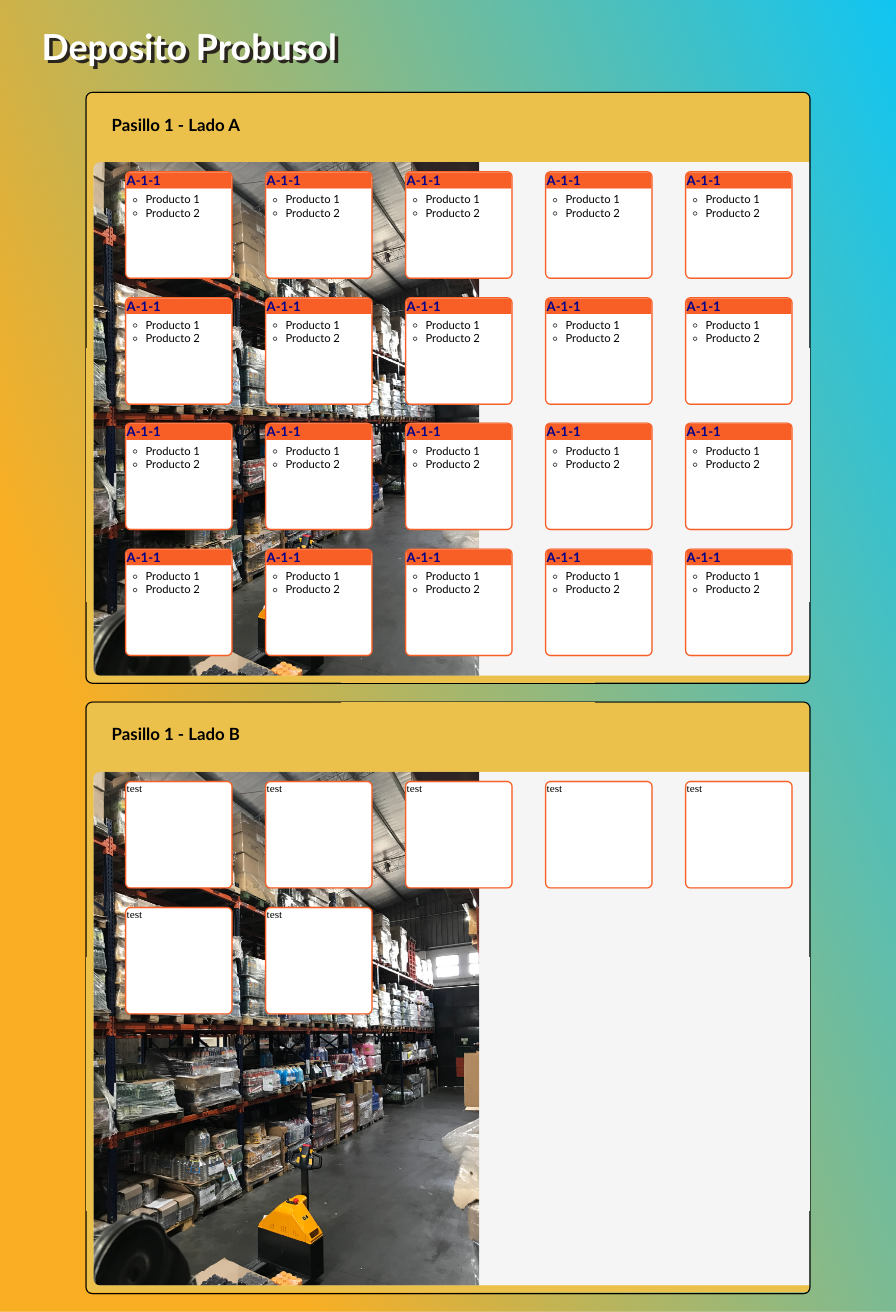
Repository: Franzcod/DepoStock_Web
Page: index.html
These files come from the project's save history. The page is drawn as it stood at one moment and after the next save; the edit follows.
The browser window is 1280 px wide. The pictures show the whole page, at 70% of full size.

Above is the page before, as saved 2020-06-07 22:57:46.
Console error: ReferenceError: ur is not defined

### index.html
<!DOCTYPE html>
<html lang="en">
<head>
    <meta charset="UTF-8">
    <meta name="viewport" content="width=device-width, initial-scale=1.0">
    <title>Deposito Probusol</title>

    <link rel="stylesheet" href="estilo/estilo.css">
</head>
<body>

    <div class="titulo">
        <h1>Deposito Probusol</h1>
    </div>


    <div class="app">
        <h2>Pasillo 1 - Lado A</h2>

        <ul class="hs">

            <li class="item">

                <h3 class="pos">A-1-1</h3>
                <ul class="listaProduc">
                    <li class="producto"> Producto 1</li>
                    <li class="producto"> Producto 2</li>
                </ul>
            </li>

            <li class="item">

                <h3 class="pos">A-1-1</h3>
                <ul class="listaProduc">
                    <li class="producto"> Producto 1</li>
                    <li class="producto"> Producto 2</li>
                </ul>
            </li>
            <li class="item">

                <h3 class="pos">A-1-1</h3>
                <ul class="listaProduc">
                    <li class="producto"> Producto 1</li>
                    <li class="producto"> Producto 2</li>
                </ul>
            </li>
            <li class="item">

                <h3 class="pos">A-1-1</h3>
                <ul class="listaProduc">
                    <li class="producto"> Producto 1</li>
                    <li class="producto"> Producto 2</li>
                </ul>
            </li>
            <li class="item">

                <h3 class="pos">A-1-1</h3>
                <ul class="listaProduc">
                    <li class="producto"> Producto 1</li>
                    <li class="producto"> Producto 2</li>
                </ul>
            </li>
            <li class="item">

                <h3 class="pos">A-1-1</h3>
                <ul class="listaProduc">
                    <li class="producto"> Producto 1</li>
                    <li class="producto"> Producto 2</li>
                </ul>
            </li>
            <li class="item">

                <h3 class="pos">A-1-1</h3>
                <ul class="listaProduc">
                    <li class="producto"> Producto 1</li>
                    <li class="producto"> Producto 2</li>
                </ul>
            </li>
            <li class="item">

                <h3 class="pos">A-1-1</h3>
                <ul class="listaProduc">
                    <li class="producto"> Producto 1</li>
                    <li class="producto"> Producto 2</li>
                </ul>
            </li>
            <li class="item">

                <h3 class="pos">A-1-1</h3>
                <ul class="listaProduc">
                    <li class="producto"> Producto 1</li>
                    <li class="producto"> Producto 2</li>
                </ul>
            </li>
            <li class="item">

                <h3 class="pos">A-1-1</h3>
                <ul class="listaProduc">
                    <li class="producto"> Producto 1</li>
                    <li class="producto"> Producto 2</li>
                </ul>
            </li>
            <li class="item">

                <h3 class="pos">A-1-1</h3>
                <ul class="listaProduc">
                    <li class="producto"> Producto 1</li>
                    <li class="producto"> Producto 2</li>
                </ul>
            </li>
            <li class="item">

                <h3 class="pos">A-1-1</h3>
                <ul class="listaProduc">
                    <li class="producto"> Producto 1</li>
                    <li class="producto"> Producto 2</li>
                </ul>
            </li>
            <li class="item">

                <h3 class="pos">A-1-1</h3>
                <ul class="listaProduc">
                    <li class="producto"> Producto 1</li>
                    <li class="producto"> Producto 2</li>
                </ul>
            </li>
            <li class="item">

                <h3 class="pos">A-1-1</h3>
                <ul class="listaProduc">
                    <li class="producto"> Producto 1</li>
                    <li class="producto"> Producto 2</li>
                </ul>
            </li>
            <li class="item">

                <h3 class="pos">A-1-1</h3>
                <ul class="listaProduc">
                    <li class="producto"> Producto 1</li>
                    <li class="producto"> Producto 2</li>
                </ul>
            </li>
            <li class="item">

                <h3 class="pos">A-1-1</h3>
                <ul class="listaProduc">
                    <li class="producto"> Producto 1</li>
                    <li class="producto"> Producto 2</li>
                </ul>
            </li>
            <li class="item">

                <h3 class="pos">A-1-1</h3>
                <ul class="listaProduc">
                    <li class="producto"> Producto 1</li>
                    <li class="producto"> Producto 2</li>
                </ul>
            </li>
            <li class="item">

                <h3 class="pos">A-1-1</h3>
                <ul class="listaProduc">
                    <li class="producto"> Producto 1</li>
                    <li class="producto"> Producto 2</li>
                </ul>
            </li>
            <li class="item">

                <h3 class="pos">A-1-1</h3>
                <ul class="listaProduc">
                    <li class="producto"> Producto 1</li>
                    <li class="producto"> Producto 2</li>
                </ul>
            </li>
            <li class="item">

                <h3 class="pos">A-1-1</h3>
                <ul class="listaProduc">
                    <li class="producto"> Producto 1</li>
                    <li class="producto"> Producto 2</li>
                </ul>
            </li>
            <li class="item">

                <h3 class="pos">A-1-1</h3>
                <ul class="listaProduc">
                    <li class="producto"> Producto 1</li>
                    <li class="producto"> Producto 2</li>
                </ul>
            </li>
            <li class="item">

                <h3 class="pos">A-1-1</h3>
                <ul class="listaProduc">
                    <li class="producto"> Producto 1</li>
                    <li class="producto"> Producto 2</li>
                </ul>
            </li>
            <li class="item">

                <h3 class="pos">A-1-1</h3>
                <ul class="listaProduc">
                    <li class="producto"> Producto 1</li>
                    <li class="producto"> Producto 2</li>
                </ul>
            </li>
            <li class="item">

                <h3 class="pos">A-1-1</h3>
                <ul class="listaProduc">
                    <li class="producto"> Producto 1</li>
                    <li class="producto"> Producto 2</li>
                </ul>
            </li>
            <li class="item">

                <h3 class="pos">A-1-1</h3>
                <ul class="listaProduc">
                    <li class="producto"> Producto 1</li>
                    <li class="producto"> Producto 2</li>
                </ul>
            </li>
            <li class="item">

                <h3 class="pos">A-1-1</h3>
                <ul class="listaProduc">
                    <li class="producto"> Producto 1</li>
                    <li class="producto"> Producto 2</li>
                </ul>
            </li>
            <li class="item">

                <h3 class="pos">A-1-1</h3>
                <ul class="listaProduc">
                    <li class="producto"> Producto 1</li>
                    <li class="producto"> Producto 2</li>
                </ul>
            </li>
            <li class="item">

                <h3 class="pos">A-1-1</h3>
                <ul class="listaProduc">
                    <li class="producto"> Producto 1</li>
                    <li class="producto"> Producto 2</li>
                </ul>
            </li>
            <li class="item">

                <h3 class="pos">A-1-1</h3>
                <ul class="listaProduc">
                    <li class="producto"> Producto 1</li>
                    <li class="producto"> Producto 2</li>
                </ul>
            </li>
            <li class="item">

                <h3 class="pos">A-1-1</h3>
                <ul class="listaProduc">
                    <li class="producto"> Producto 1</li>
                    <li class="producto"> Producto 2</li>
                </ul>
            </li>
            <li class="item">

                <h3 class="pos">A-1-1</h3>
                <ul class="listaProduc">
                    <li class="producto"> Producto 1</li>
                    <li class="producto"> Producto 2</li>
                </ul>
            </li>
            <li class="item">

                <h3 class="pos">A-1-1</h3>
                <ul class="listaProduc">
                    <li class="producto"> Producto 1</li>
                    <li class="producto"> Producto 2</li>
                </ul>
            </li>
            <li class="item">

                <h3 class="pos">A-1-1</h3>
                <ul class="listaProduc">
                    <li class="producto"> Producto 1</li>
                    <li class="producto"> Producto 2</li>
                </ul>
            </li>
            <li class="item">

                <h3 class="pos">A-1-1</h3>
                <ul class="listaProduc">
                    <li class="producto"> Producto 1</li>
                    <li class="producto"> Producto 2</li>
                </ul>
            </li>
            <li class="item">

                <h3 class="pos">A-1-1</h3>
                <ul class="listaProduc">
                    <li class="producto"> Producto 1</li>
                    <li class="producto"> Producto 2</li>
                </ul>
            </li>
            <li class="item">

                <h3 class="pos">A-1-1</h3>
                <ul class="listaProduc">
                    <li class="producto"> Producto 1</li>
                </ul>
            </li>
            <li class="item">

                <h3 class="pos">A-1-1</h3>
                <ul class="listaProduc">
                    <li class="producto"> Producto 1</li>
                    <li class="producto"> Producto 2</li>
                </ul>
            </li>
            <li class="item">

                <h3 class="pos">A-1-1</h3>
                <ul class="listaProduc">
                    <li class="producto"> Producto 1</li>
                    <li class="producto"> Producto 2</li>
                </ul>
            </li>
            <li class="item">

                <h3 class="pos">A-1-1</h3>
                <ul class="listaProduc">
                    <li class="producto"> Producto 1</li>
                    <li class="producto"> Producto 2</li>
                </ul>
            </li>
            <li class="item">

                <h3 class="pos">A-1-1</h3>
                <ul class="listaProduc">
                    <li class="producto"> Producto 1</li>
                    <li class="producto"> Producto 2</li>
                </ul>
            </li>



        </ul>

        <!-- <div class="container">
            <div class="item">
            <h3>Block for context</h3>
            </div>
        </div> -->
    </div>

    <div class="app">
        <h2>Pasillo 1 - Lado B</h2>

        <ul class="hs">
            <li class="item">test</li>
            <li class="item">test</li>
            <li class="item">test</li>
            <li class="item">test</li>
            <li class="item">test</li>
            <li class="item">test</li>
            <li class="item">test</li>
            <li class="item">test</li>
            <li class="item">test</li>
            <li class="item">test</li>
            <li class="item">test</li>
            <li class="item">test</li>

        </ul>

        <!-- <div class="container">
            <div class="item">
            <h3>Block for context</h3>
            </div>
        </div> -->
    </div>






    <script>ur</script>

</body>







</html>

### estilo/estilo.css
html{
    background: rgb(11,196,242);
    background: linear-gradient(249deg, rgba(11,196,242,0.981127485173757) 0%, rgba(248,163,5,0.8774860285911239) 78%);
}

.titulo{
    margin: 2vw 4vw;
    align-items: flex-start;
    color: #fff;
    font-size: 2vw;
    font-family: 'Gill Sans', 'Gill Sans MT', Calibri, 'Trebuchet MS', sans-serif;
    text-shadow: 5px 5px rgb(42, 38, 30);

}


:root {
--gutter: 20px;
}

.app {
    padding: 10px;
    display: grid;
    grid-gap: var(--gutter) 0;
    border: 2px solid black;
    /* grid-template-columns: var(--gutter) 1fr var(--gutter);  */
    align-content: start;
    width: 80%;
    height: 75%;

    background: rgb(235, 192, 75);
    /* overflow-y: scroll; */
    margin: 2vw auto;
    overflow-x: auto;
    border-radius: 10px;
}


.hs {
    display: grid;
    grid-template-columns: repeat(10, 1fr);
    grid-template-rows: repeat(4, 1fr);
    overflow-x: auto;
    /* scroll-snap-type: x proximity; */
    padding-bottom: calc(.75 * var(--gutter));
    background-color:whitesmoke;
    width: 2000px;
    align-items: center;
    margin: auto;
    border-radius: 10px;
    background-image: url("/img/dep.jpg");
    background-position: initial; /* Center the image */
    background-repeat: repeat-y; /* Do not repeat the image */
    background-size: contain;
}

h2{
    margin-left: 2vw;
    font-family: 'Gill Sans', 'Gill Sans MT', Calibri, 'Trebuchet MS', sans-serif;
}

.item {
    /* scroll-snap-align: center; */
    /* padding: 2px;  */
    display: flex;
    flex-direction: column;
    justify-content: start;
    align-items: flex-start;
    background: #fff;
    border: 2px solid rgb(247, 95, 39);
    border-radius: 8px;
    height: 150px;
    width: 150px;
    margin: 1vw 5px;
}


.pos{
    width: 100%;
    height: 15%;
    border-radius: 4px 4px 0 0 ;
    margin: 0px auto;
    align-items: center;
    color: darkblue;
    background-color: rgb(247, 95, 39);
    font-family: 'Gill Sans', 'Gill Sans MT', Calibri, 'Trebuchet MS', sans-serif;

}


.listaProduc{
    margin-top: 5px;
    margin-left: 2px;
    padding-left: 25px;
    font-family: 'Gill Sans', 'Gill Sans MT', Calibri, 'Trebuchet MS', sans-serif;

}

After the next save:
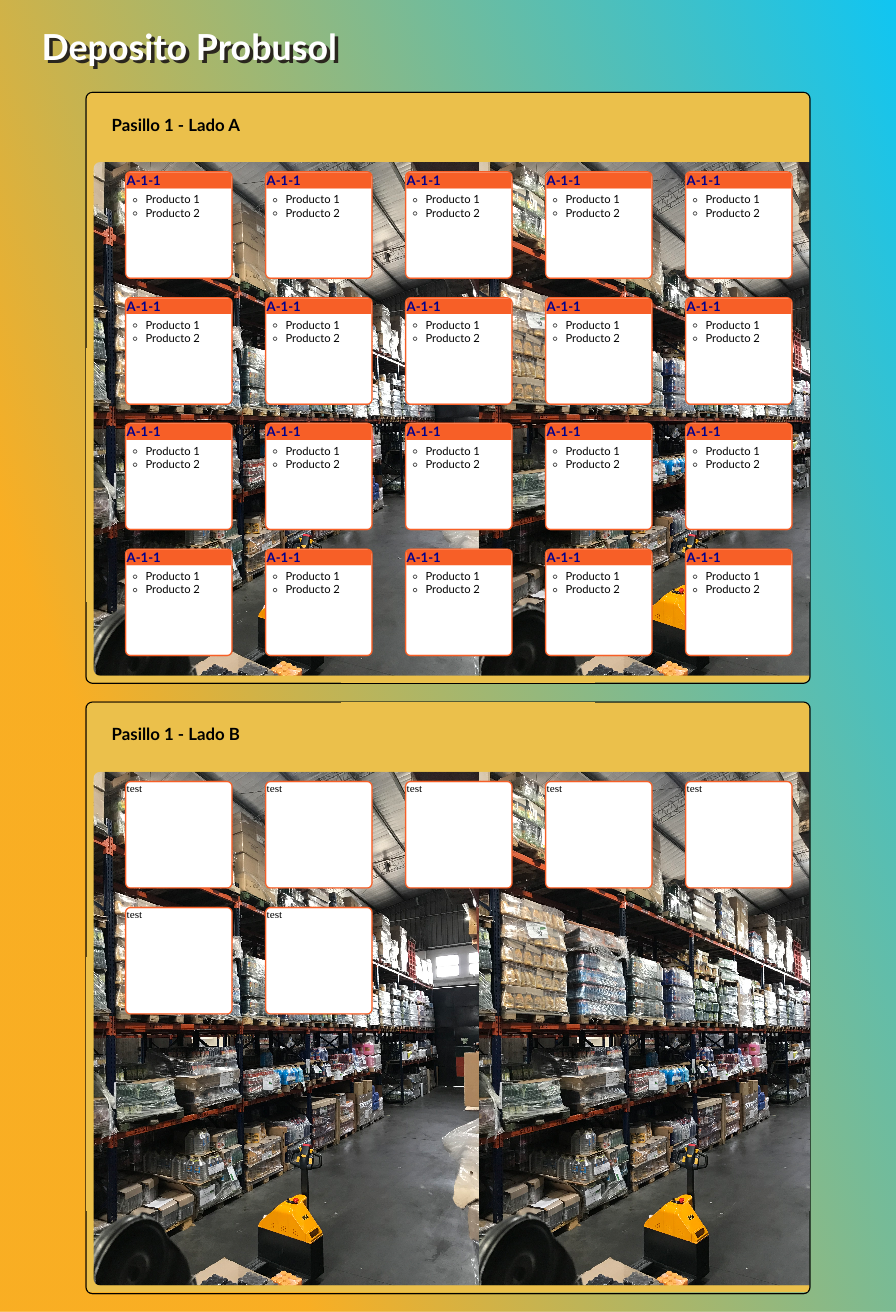
Saved 27 s later.
--- a/estilo/estilo.css
+++ b/estilo/estilo.css
@@ -49,7 +49,7 @@
     margin: auto;
     border-radius: 10px;
     background-image: url("/img/dep.jpg");
-    background-position: initial; /* Center the image */
+    background-position: initial; Center the image
     background-repeat: repeat-y; /* Do not repeat the image */
     background-size: contain;
 }

After the save that followed:
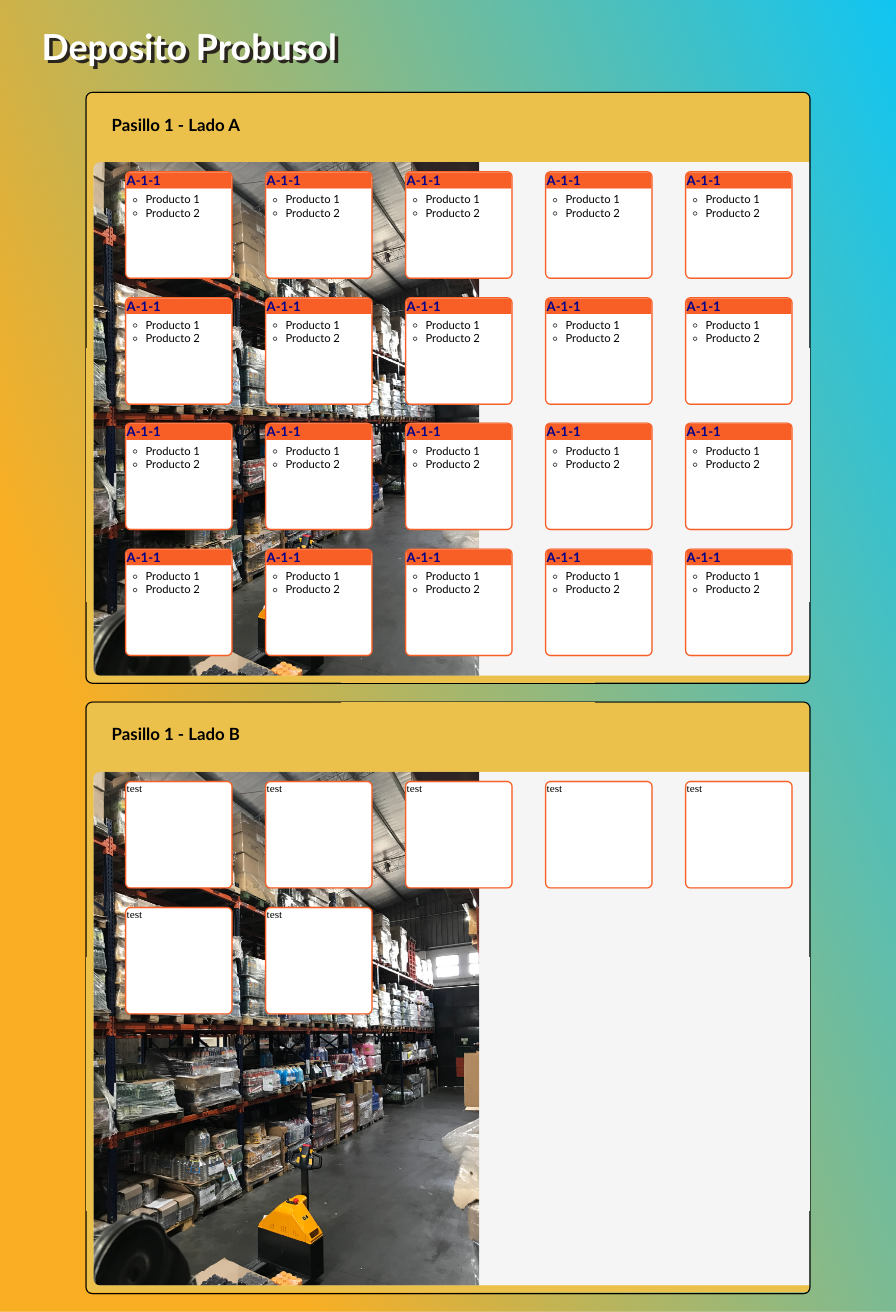
Saved 21 s later.
--- a/estilo/estilo.css
+++ b/estilo/estilo.css
@@ -49,7 +49,7 @@
     margin: auto;
     border-radius: 10px;
     background-image: url("/img/dep.jpg");
-    background-position: initial; Center the image
+    /* background-position: initial;  */
     background-repeat: repeat-y; /* Do not repeat the image */
     background-size: contain;
 }
